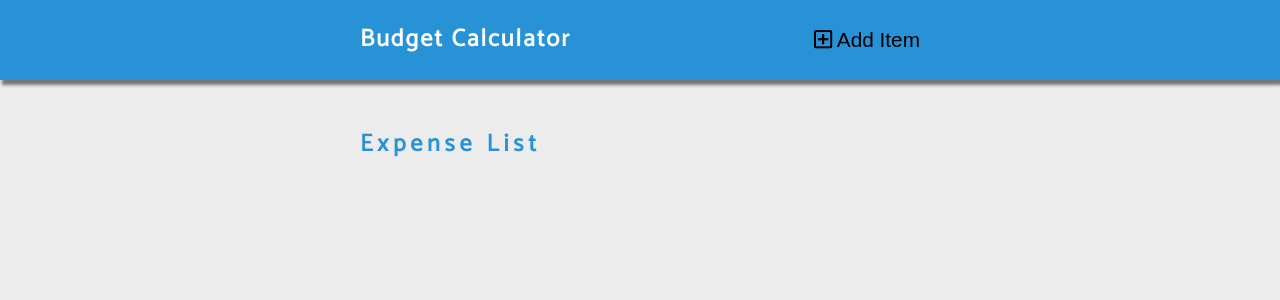
Repository: webdril/budget
Page: /
An editor plug-in stored every save of this project. The page is shown before and after the next save, followed by the edit.
The browser window is 1280 px wide. The pictures show the whole page.
The project was rebuilt for these pictures with package versions that can differ from the ones it lists, and the page was loaded fresh each time.

Above is the page before, as saved 2020-02-29 03:10:54.

### public/index.html
<!DOCTYPE html>
<html lang="en">
<head>
	<meta charset='utf-8'>
	<meta name='viewport' content='width=device-width,initial-scale=1'>

	<title>Budget Calculator</title>

	<link rel='icon' type='image/png' href='/favicon.png'>
	<link rel='stylesheet' href='/global.css'>
	<link rel='stylesheet' href='/build/bundle.css'>
	<!-- Font Awesome -->
	<link rel="stylesheet" href="fontawesome-free-5.11.2-web/css/all.min.css">

	<script defer src='/build/bundle.js'></script>
</head>

<body>
</body>
</html>

### src/App.svelte
<script>
// components
import Navbar from './Navbar.svelte'
import ExpenseList from './ExpenseList'
// Data
import expensesData from './expenses';
// variables
let expenses = [...expensesData];
</script>

<!-- CSS/STYLING -->

<Navbar />
<main class="content">
	<ExpenseList />
</main>

### src/Navbar.svelte
<nav class="nav">
	<div class="nav-center">
		<h1 class="nav-title">Budget Calculator</h1>
		<button type="button" class="nav-btn">
			<i class="far fa-plus-square" />
			Add Item
		</button>
	</div>
</nav>

### src/ExpenseList.svelte
<script>
import SectionTitle from './Title.svelte'
</script>

<section>
    <SectionTitle title= 'expense list' />
</section>

### src/Title.svelte
<script>
export let title = "default title";

</script>


<div class="main-title">
 <h2>{title}</h2>
</div>

### public/global.css
/*
======
Fonts
======
*/
@import url("https://fonts.googleapis.com/css?family=Catamaran:300,400&display=swap");
/*
======
Variables
======
*/
:root {
  --primaryColor: #2892d7;
  --mainWhite: #fff;
  --offWhite: #f7f7f7;
  --mainBlack: #222;
  --mainGrey: #ececec;
  --darkGrey: #afafaf;
  --mainTransition: all 0.3s linear;
  --mainSpacing: 0.3rem;
  --lightShadow: 2px 5px 3px 0px rgba(0, 0, 0, 0.5);
  --darkShadow: 4px 10px 5px 0px rgba(0, 0, 0, 0.5);
  --mainBorderRadius: 0.25rem;
}
/*
======
Global Styles
======
*/
* {
  margin: 0;
  padding: 0;
  box-sizing: border-box;
}

body {
  font-family: "Catamaran", sans-serif;
  color: var(--mainBlack);
  background: var(--mainGrey);
  line-height: 1.4;
  font-size: 1rem;
  font-weight: 300;
}
h1,
h2,
h3,
h4,
h5,
h6 {
  font-family: "Catamaran", sans-serif;
  margin-bottom: 1.25rem;
  letter-spacing: var(--mainSpacing);
}
p {
  margin-bottom: 1.25rem;
}
ul {
  list-style-type: none;
}
a {
  text-decoration: none;
  color: var(--mainBlack);
}
/*
======
Buttons
======
*/
.btn,
.btn-white,
.btn-primary {
  text-transform: uppercase;
  letter-spacing: var(--mainSpacing);
  color: var(--primaryColor);
  border: 2px solid var(--primaryColor);
  padding: 0.45rem 0.8rem;
  display: inline-block;
  transition: var(--mainTransition);
  cursor: pointer;
  font-size: 0.8rem;
  border-radius: var(--mainBorderRadius);
  background: transparent;
}
.btn:hover {
  background: var(--primaryColor);
  color: var(--mainWhite);
}
.btn-white {
  background: transparent;
  color: var(--primaryColor);
  border-color: var(--primaryColor);
}
.btn-white:hover {
  background: var(--mainWhite);
  color: var(--primaryColor);
}
.btn-primary {
  background: var(--primaryColor);
  color: var(--mainWhite);
  border-color: var(--primaryColor);
}
.btn-primary:hover {
  background: transparent;
  color: var(--primaryColor);
}
.btn-block {
  width: 100%;
  display: block;
  margin: 0 auto;
  box-shadow: var(--lightShadow);
}
.disabled {
  color: var(--darkGrey);
  border-color: var(--darkGrey);
}
.disabled:hover {
  background: transparent;
  color: var(--darkGrey);
  border-color: var(--darkGrey);
}
/*
======
Navbar
======
*/
.nav {
  background: var(--primaryColor);
  height: 5rem;
  display: flex;
  align-items: center;
  box-shadow: var(--lightShadow);
}

.nav-center {
  width: 85%;
  max-width: 35rem;
  margin: 0 auto;
  display: flex;
  justify-content: space-between;
}
.nav-title {
  text-transform: capitalize;
  color: var(--mainWhite);
  margin-bottom: 0;
  letter-spacing: 2px;
}
.nav-btn {
  background: transparent;
  font-size: 1.3rem;
  border: none;
  cursor: pointer;
  text-transform: capitalize;
  transition: var(--mainTransition);
}
.nav-btn:hover {
  color: var(--darkGrey);
}
/*
======
Content
======
*/
.content {
  padding: 3rem 0;
  width: 85vw;
  max-width: 35rem;
  margin: 0 auto;
}

/*
======
Main Title
======
*/
.main-title {
  text-transform: capitalize;
  color: var(--primaryColor);
  margin-bottom: 2rem;
}
/*
======
Single Expense
======
*/
.single-expense {
  display: flex;
  justify-content: space-between;
  text-transform: capitalize;
  align-items: center;
  margin-bottom: 2rem;
  padding: 1.3rem 1rem;
  border-radius: var(--mainBorderRadius);
  background: var(--mainWhite);
  box-shadow: var(--lightShadow);
}
.single-expense h2 {
  margin-bottom: 0;
  font-weight: 300;
}
.single-expense h4 {
  margin-bottom: 0;
  margin-top: 1rem;
  font-weight: 300;
  color: var(--primaryColor);
}

.expense-btn {
  font-size: 1rem;
  background: transparent;
  border: none;
  margin: 0 0.4rem;
  transition: var(--mainTransition);
  cursor: pointer;
}
.expense-btn:hover {
  transform: scale(1.2);
}
.amount-btn {
  font-size: 1.3rem;
  background: transparent;
  border: none;
  cursor: pointer;
  color: var(--primaryColor);
}
.delete-btn {
  color: red;
}
.edit-btn {
  color: green;
}
/*
======
Expense Form
======
*/

.expense-form {
  background: var(--mainWhite);
  padding: 1.25rem 1rem;
  text-transform: capitalize;
  border-radius: var(--mainBorderRadius);
  box-shadow: var(--lightShadow);
}

.form-control label {
  display: block;
}
.form-control input {
  width: 100%;
  border: none;
  border-bottom: 2px solid var(--darkGrey);
  margin-bottom: 1.25rem;
  padding: 0.5rem;
  font-size: 1.2rem;
}
.form-empty {
  text-align: center;
  color: red;
}
.form {
  position: relative;
  margin-bottom: 5rem;
}
.close-btn {
  position: absolute;
  top: 0;
  right: 0;
  font-size: 1.2rem;
  text-transform: capitalize;
  display: flex;
  align-items: center;
  width: 4.2rem;
  justify-content: space-between;
  background: transparent;
  border: none;
  color: red;
  cursor: pointer;
}
/*
======
Modal
======
*/
.modal-container {
  position: fixed;
  top: 0;
  left: 0;
  right: 0;
  bottom: 0;
  background: rgba(0, 0, 0, 0.7);
  z-index: 2;
}
.modal-content {
  background: var(--mainWhite);
  width: 85vw;
  max-width: 35rem;
  margin: 0 auto;
  margin-top: 5rem;
  padding: 3rem;
  border-radius: var(--mainBorderRadius);
  position: relative;
}
.modal-content .expense-form {
  box-shadow: none;
}
.modal-container .form {
  margin-bottom: 0;
}
.modal-container .expense-form {
  padding: 1.25rem 0;
}
.modal-container .form {
  position: static;
}
.modal-container .close-btn {
  top: 2%;
  right: 3%;
}
/*
======
Github Users
======
*/

.user {
  margin: 2rem 0;
  box-shadow: var(--lightShadow);
  display: grid;
  grid-template-columns: auto 1fr;
  border-radius: var(--mainBorderRadius);
  grid-column-gap: 2rem;
  background: var(--mainWhite);
}
.user img {
  width: 6rem;
  border-top-left-radius: var(--mainBorderRadius);
  border-bottom-left-radius: var(--mainBorderRadius);
}
.user-info {
  padding-top: 0.75rem;
}
.user-info h3 {
  margin-bottom: 0.75rem;
}

### src/ExpensesList.svelte
<script>
import SectionTitle from './Title.svelte'
</script>

<section>
    <SectionTitle title= 'expense list' />
</section>

Loaded but not shown: src/main.js (common file); src/expenses.js (common file); public/fontawesome-free-5.11.2-web/css/all.min.css (library)

After the next save:
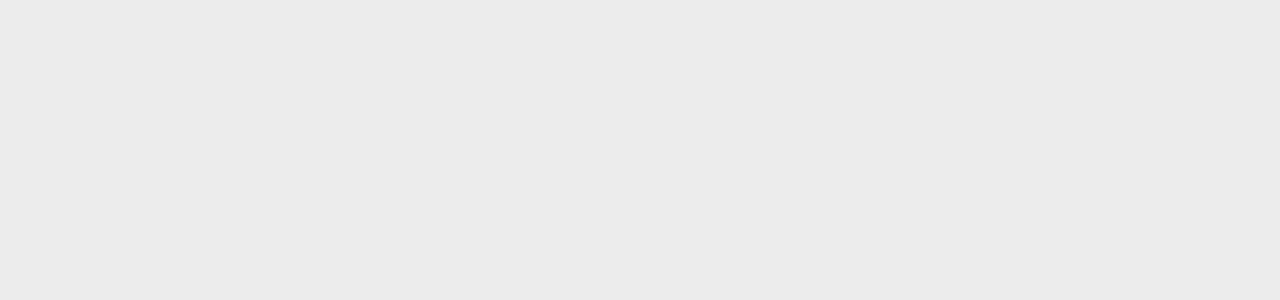
Console error: ReferenceError: ExpenseList is not defined
Saved 12 s later.
--- a/src/App.svelte
+++ b/src/App.svelte
@@ -1,7 +1,7 @@
 <script>
 // components
 import Navbar from './Navbar.svelte'
-import ExpenseList from './ExpenseList'
+import ExpensesList from './ExpensesList'
 // Data
 import expensesData from './expenses';
 // variables

After the 2 saves that followed:
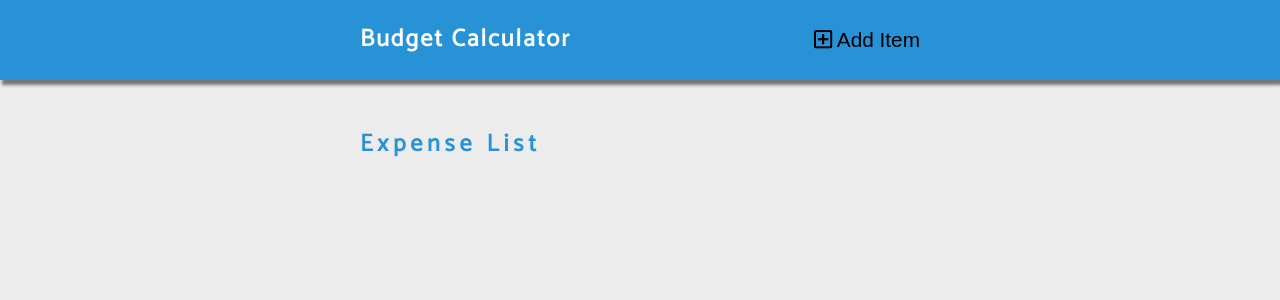
The error is gone.
The 2 saves are shown as one change because 1 left the picture as it was.
The last was saved 3 min 54 s later.
--- a/src/App.svelte
+++ b/src/App.svelte
@@ -12,5 +12,5 @@ let expenses = [...expensesData];
 
 <Navbar />
 <main class="content">
-	<ExpenseList />
+	<ExpensesList />
 </main>
--- a/src/ExpensesList.svelte
+++ b/src/ExpensesList.svelte
@@ -1,5 +1,6 @@
 <script>
-import SectionTitle from './Title.svelte'
+import SectionTitle from './Title.svelte';
+
 </script>
 
 <section>
